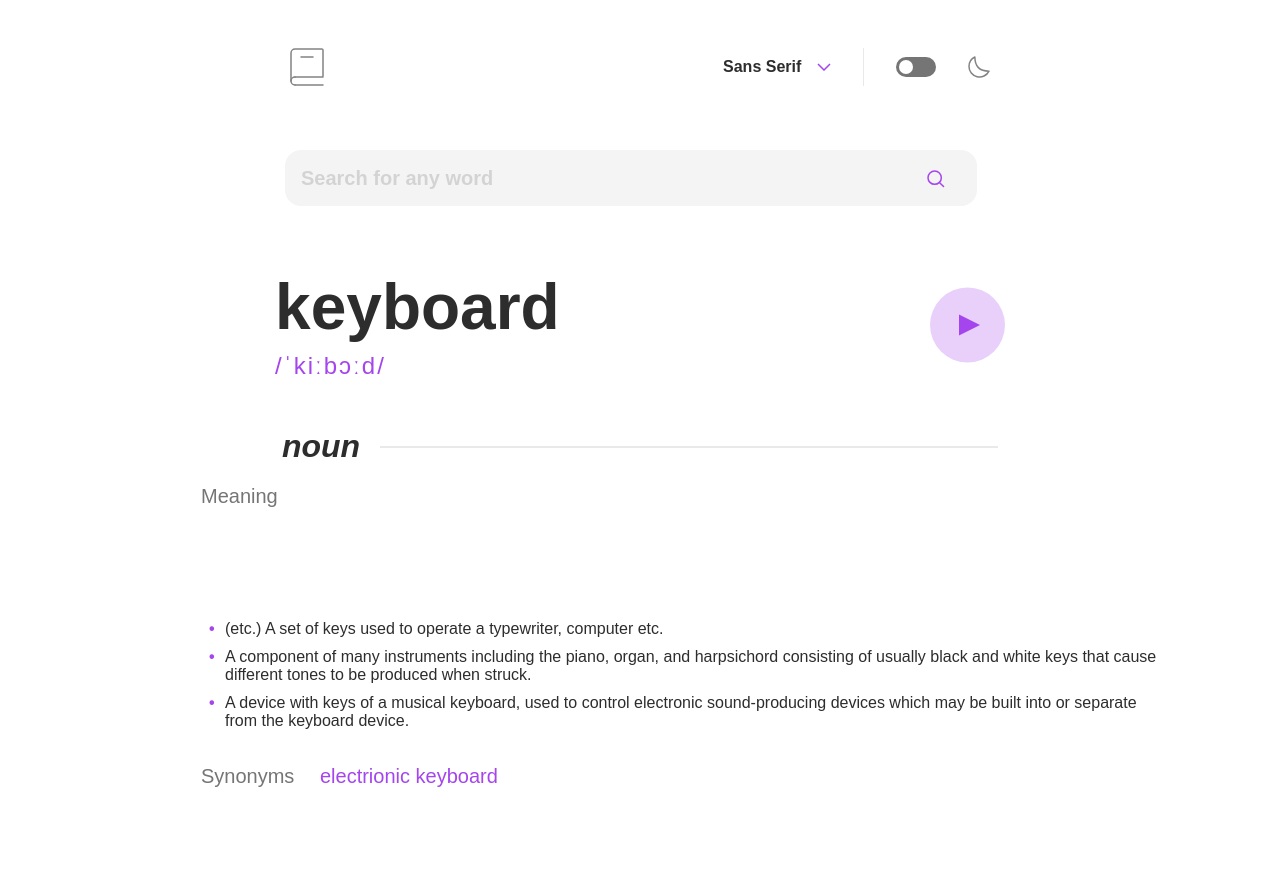
Repository: Arkitecth/dictionary-app
Page: index.html
These files come from the project's save history. The page is drawn as it stood at one moment and after the next save; the edit follows.
The browser window is 1280 px wide. The pictures show the whole page.

Above is the page before, as saved 2023-07-20 17:24:41.

### index.html
<!DOCTYPE html>
<html lang="en">
<head>
  <meta charset="UTF-8">
  <meta name="viewport" content="width=device-width, initial-scale=1.0">
  <link rel="stylesheet" href="styles.css">
  <title>Dictionary</title>
</head>
<body>

  <!-- Navigation -->
  <nav>
    <img src="assets/images/logo.svg" alt="logo">

    <div class="right">
      <div class="fonts">
        <p>Sans Serif</p>
        <img src="assets/images/icon-arrow-down.svg" alt="icon-arrow-down">
      </div>

      <div class="ruler"></div>

      <div class="togglers">
        <!-- Rounded switch -->
        <label class="switch">
          <input type="checkbox">
          <span class="slider round"></span>
        </label>
        <img src="assets/images/icon-moon.svg" alt="moon-icon">
      </div>
    </div>
  </nav>


  <!-- Search Bar -->
  <section class="search">
    <label for="search-bar"></label>
    <input type="text" name="search-bar" id="search-bar" placeholder="Search for any word">
    <img src="assets/images/icon-search.svg" alt="search-icon" class="search-icon">
  </section>


  <main>
    <section class="word-view">
      <div class="word-group">
        <h1>keyboard</h1>
        <p>/ˈkiːbɔːd/</p>
      </div>
      <img class="icon-play" src="assets/images/icon-play.svg" alt="icon-play">
    </section>

    <div class="speech-part-group">
      <p class="speech-part">noun</p>
      <div class="grey-rule"></div>
    </div>

    <section class="description">
      <p>Meaning</p>
      <ul>
        <li>(etc.) A set of keys used to operate a typewriter, computer etc.</li>
        <li>A component of many instruments including the piano, organ, and harpsichord consisting of usually black and white keys that cause different tones to be produced when struck.</li>
        <li>A device with keys of a musical keyboard, used to control electronic sound-producing devices which may be built into or separate from the keyboard device.</li>
      </ul>
      <p class="synonymn">Synonyms <span>electrionic keyboard</span></p>

    </section>

    <!-- <div class="speech-part-group">
      <p class="speech-part">noun</p>
      <div class="grey-rule"></div>
    </div>

    <section class="description">
      <p>Meaning</p>
      <ul>
        <li>(etc.) A set of keys used to operate a typewriter, computer etc.</li>
        <li>A component of many instruments including the piano, organ, and harpsichord consisting of usually black and white keys that cause different tones to be produced when struck.</li>
        <li>A device with keys of a musical keyboard, used to control electronic sound-producing devices which may be built into or separate from the keyboard device.</li>
      </ul>
      <p class="synonymn">Synonyms <span>electrionic keyboard</span></p>

    </section>
    -->




  </main>

</body>
</html>

### styles.css
:root {
    --dark-grey: #757575;
    --purple:#a445ed;
    --light-grey:#f4f4f4;
    --dark-three:#2d2d2d;
    --lighter-grey:#e9e9e9;
}


* {
    margin: 0;
    padding: 0;
}



/* Main Styling */
body {
    max-width: 1100px;
    margin: 0 auto;
    font-family: sans-serif;
    color: var(--dark-three);
}


/* Light Styling */

/* Nav Styling */
nav {
    display: flex;
    justify-content: space-around;
    margin-top: 3rem;
}

.right {
    display: flex;
    gap: 2rem;
}

.fonts {
    display: flex;
    gap: 1rem;
    align-items: center;
    font-weight: 600;
}

.ruler {
    width: 1px;
    background-color: #e9e9e9;
}

.togglers {
    display: flex;
    gap: 2rem;
    align-items: center;
}



/* The switch - the box around the slider */
.switch {
  position: relative;
  display: inline-block;
  width: 40px;
  height: 20px;
}

/* Hide default HTML checkbox */
.switch input {
  opacity: 0;
  width: 0;
  height: 0;
}

/* The slider */
.slider {
  position: absolute;
  cursor: pointer;
  top: 0;
  left: 0;
  right: 0;
  bottom: 0;
  background-color: var(--dark-grey);
  -webkit-transition: .4s;
  transition: .4s;
}

.slider:before {
  position: absolute;
  content: "";
  height: 14px;
  width: 14px;
  left: 3px;
  bottom: 3px;
  background-color: white;
  -webkit-transition: .4s;
  transition: .4s;
}

input:checked + .slider {
  background-color: var(--purple)
}

input:focus + .slider {
  box-shadow: 0 0 1px var(--purple)
}

input:checked + .slider:before {
  -webkit-transform: translateX(20px);
  -ms-transform: translateX(20px);
  transform: translateX(20px);
}

/* Rounded sliders */
.slider.round {
  border-radius: 34px;
}

.slider.round:before {
  border-radius: 50%;
}



/* Search */

.search {
    text-align: center;
    margin-top: 4rem;
    display: flex;
    justify-content: center;
}

input[type="text"] {
    width:60%;
    height: 1.5rem;
    padding: 1rem;
    border-radius: 16px;
    border: none;
    background-color: var(--light-grey);
    outline: none;
    font-size: 20px;
    font-weight: 700;

}

input[type="text"]:active,
input[type="text"]:focus {
    border: 1px solid var(--purple);
}


input[type="text"]::placeholder {
    opacity: 0.25;
}

.search-icon {
    transform: translate(-50px,1px);
    text-align: center;
}



/* Word View */

main {
    display: flex;
    flex-direction: column;
}


.word-view {
    text-align: center;
    margin-top: 4rem;
    display: flex;
    justify-content: space-around;
}
.word-group h1 {
    font-size: 4rem;
}

.word-group p {
    text-align: left;
    font-size: 1.5rem;
    color: var(--purple);
    font-weight: 400;
    padding-top: 0.5rem;
    letter-spacing: 2px;
}


/* Speech Part(noun, pronoun, verb) */
.speech-part-group {
    display: flex;
    justify-content: center;
    align-items: center;
    gap: 20px;
    margin-top: 3rem;
}
.speech-part {
    text-align: left;
    font-size: 2rem;
    font-weight: 700;
    font-style: italic;
}
.grey-rule {
    border: 1px solid var(--lighter-grey);
    height: 0;
    width: 56%;
}

/* Description */
.description {
    /* width: fit-content;
    margin: 0 auto;
    margin-top: 2rem; */
    display: grid;
    grid-template-rows: 1fr 1fr 1fr;
    justify-items: start;
    margin-left: 10%;
}


.description p {
    color: var(--dark-grey);
    text-align: left;
    font-size: 1.25rem;
    padding: 20px 1px;

}

ul {
    text-align: left;
    padding: 10px 20px;
    list-style: none;
}
ul li::before {
    content: "\2022";
    width: 1rem;
    font-weight: bold;
    display: inline-block;
    margin-left: -1em;
    color: var(--purple);
}
ul li{
    padding: 5px;
    color: var(--dark-three);
}
.synonymn span {
    color: var(--purple);
    padding: 0 20px;
}


/* Mobile Styels */

@media screen and (max-width:375px) {

    input[type="text"] {
        width: 327px;
    }
    .search {
        margin-left: 10px;
    }

    .word-group h1 {
        font-size: 32px;
    }

    .icon-play {
        width: 48px;
    }

    .description {
        width: 275px;
    }

    .speech-part {
        font-size: 18px;
    }

    .description p {
        font-size: 16px;
    }
}

After the next save:
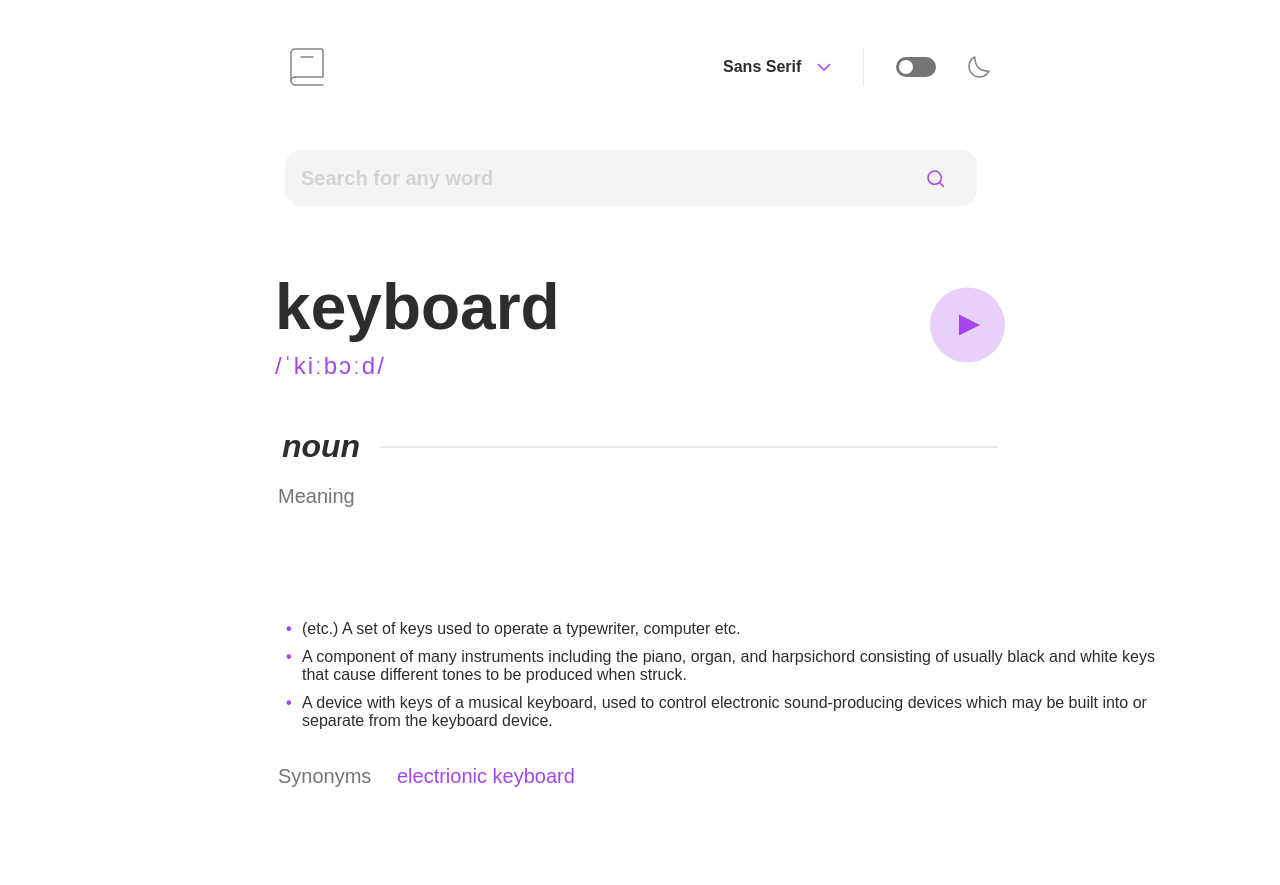
Saved 20 s later.
--- a/styles.css
+++ b/styles.css
@@ -217,7 +217,7 @@
     display: grid;
     grid-template-rows: 1fr 1fr 1fr;
     justify-items: start;
-    margin-left: 10%;
+    margin-left: 17%;
 }
 
 
